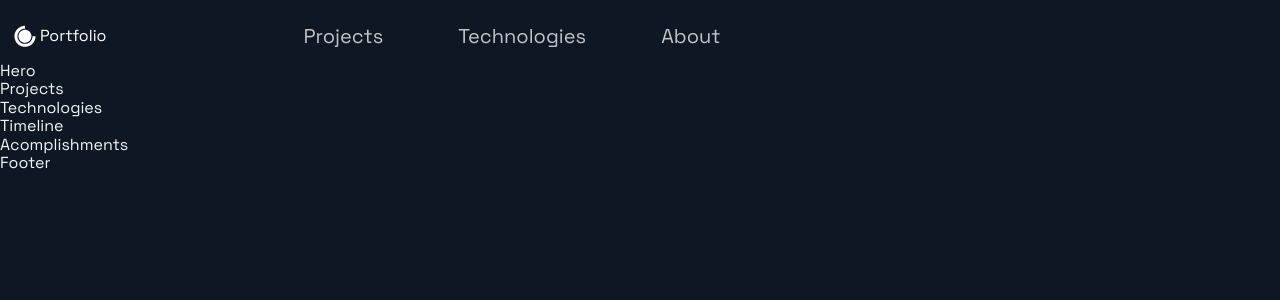
Repository: remydev47/portfolio2.0
Page: /
These files come from the project's save history. The page is drawn as it stood at one moment and after the next save; the edit follows.
The browser window is 1280 px wide. The pictures show the whole page.
The project was rebuilt for these pictures with package versions that can differ from the ones it lists, and the page was loaded fresh each time. The framework's server and built-in components were replaced by stand-ins that run in the browser. Also part of the build but not shown: next.config.js, src/components/BackgrooundAnimation/BackgroundAnimation.js, src/styles/GlobalComponents/Button.js. Imported but missing from the stored project, and not drawn on this page: src/constants/constants.

Above is the page before, as saved 2022-04-28 20:29:08.

After the next save:
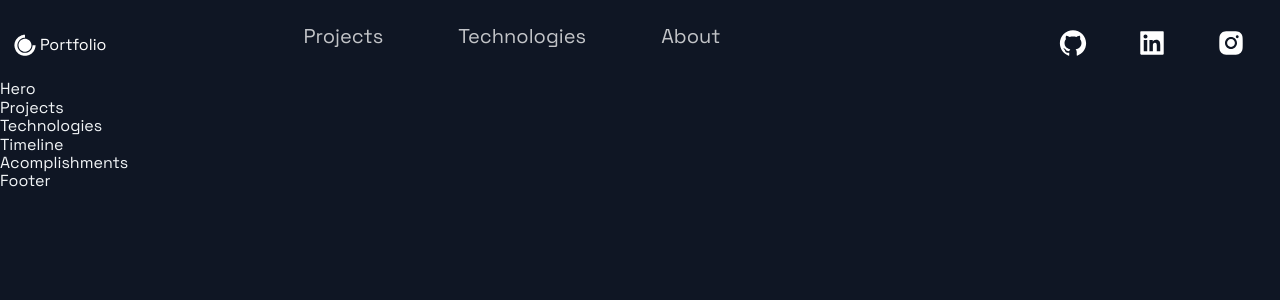
Saved 4 min 22 s later.
--- a/src/components/Header/Header.js
+++ b/src/components/Header/Header.js
@@ -31,6 +31,17 @@ const Header = () =>  (
         </Link>
       </l1>
     </Div2>
+    <Div3>
+      <SocialIcons href="https://github.com">
+        <AiFillGithub size="3rem"/>
+      </SocialIcons>
+      <SocialIcons href="https://linkedin.com">
+        <AiFillLinkedin size="3rem"/>
+      </SocialIcons>
+      <SocialIcons href="https://instagram.com">
+        <AiFillInstagram size="3rem"/>
+      </SocialIcons>
+    </Div3>
   </Container>
 );
 
